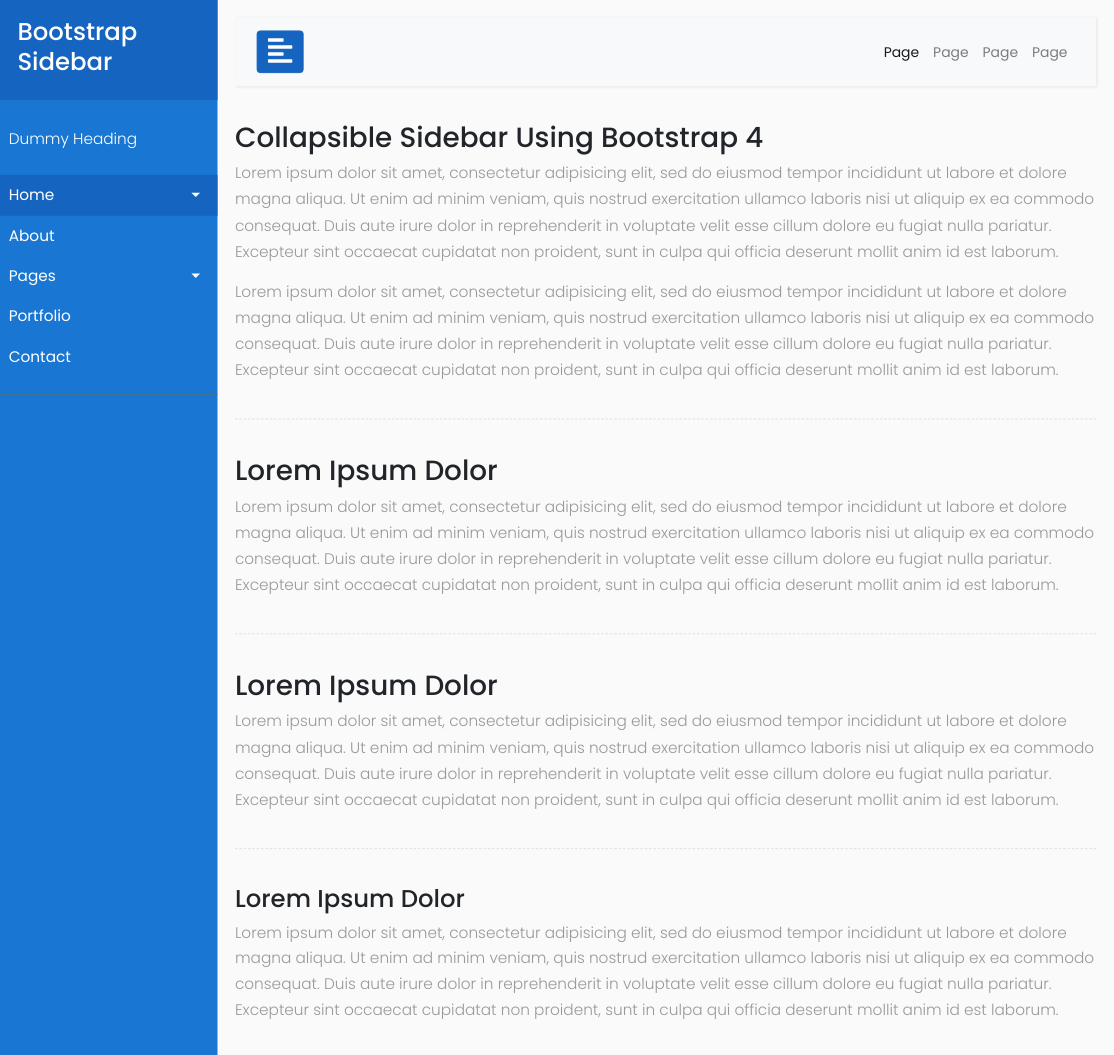
Repository: thiagosfideles/aprendendo-git
Page: http://localhost/
The author's editor kept a record of every edit. The page is drawn from the files as they stood at one moment, then again after the next edit.
The browser window is 1280 px wide. The pictures show the whole page, at 87% of full size.
The pointer rests on the first visible `.btn-info`.
Some web libraries are served in a nearby version. The page is run by PHP 8.4 with error messages shown; the project is at /var/www/html/.

Above is the page before.

After the next edit:
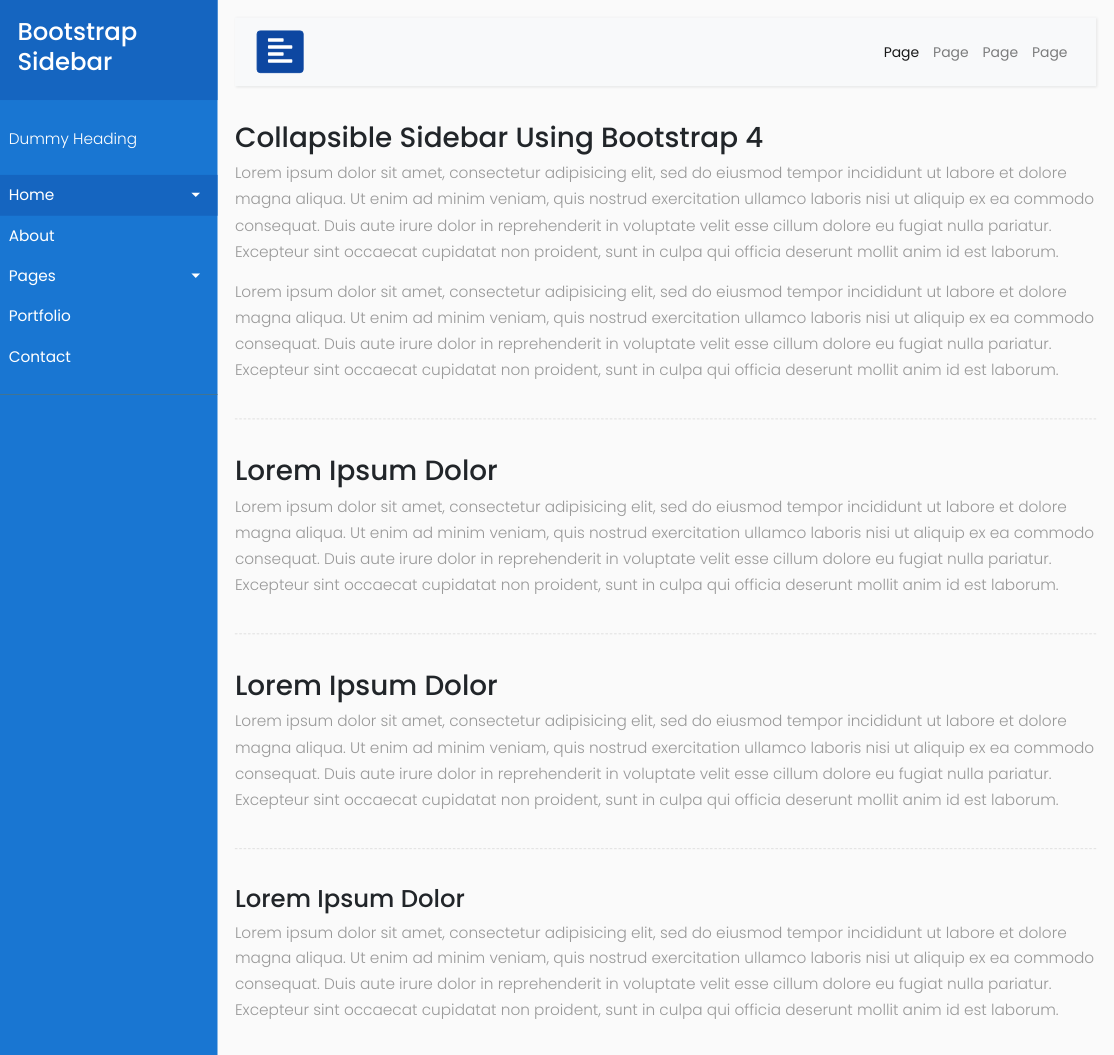
The edit:
--- a/css/style.css
+++ b/css/style.css
@@ -174,6 +174,6 @@
 }
 
 .btn-info:hover {
-  background-color: #1565c0;
-  border-color: #1565c0;
+  background-color: #0d47a1;
+  border-color: #0d47a1;
 }
